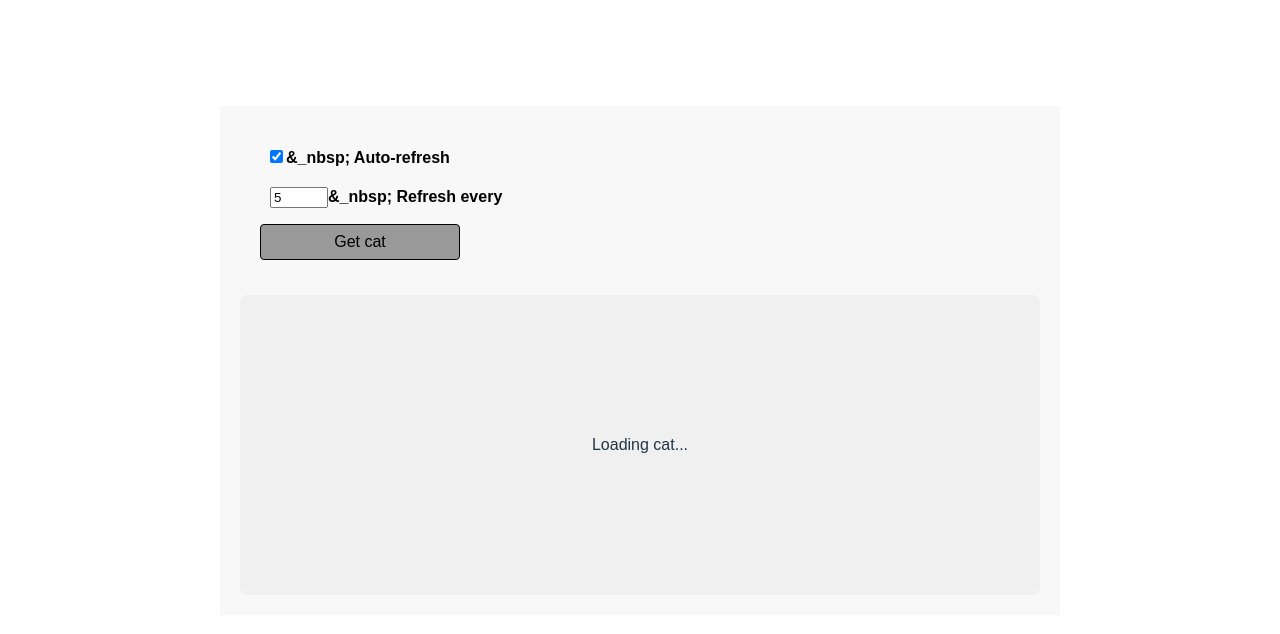
Repository: Pharaoh5/test-assignment5
Page: /
These files come from the project's save history. The page is drawn as it stood at one moment and after the next save; the edit follows.
The browser window is 1280 px wide. The pictures show the whole page.
The page's requests for data from a server got no answer. The project was rebuilt for these pictures with package versions that can differ from the ones it lists, and the page was loaded fresh each time. No one was signed in, and anything a server would have sent is missing. Also part of the build but not shown: vite.config.ts.

Above is the page before, as saved 2025-04-08 19:31:39.

### index.html
<!doctype html>
<html lang="en">
  <head>
    <meta charset="UTF-8" />
    <link rel="icon" type="image/svg+xml" href="/vite.svg" />
    <meta name="viewport" content="width=device-width, initial-scale=1.0" />
    <title>Vite + React + TS</title>
  </head>
  <body>
    <div id="root" style="width: 100%;"></div>
    <script type="module" src="/src/main.tsx"></script>
  </body>
</html>

### src/App.tsx
import { useState, useEffect } from 'react';
import styled from 'styled-components';
import CatImage from './components/CatImage';
import Controls from './components/Controls';

const AppContainer = styled.div`
  background-color: #f8f8f8;
  font-family: Arial, sans-serif;
  max-width: 800px;
  margin: 0 auto;
  padding: 20px;
  text-align: center;
`;

const App = () => {
  const [catImage, setCatImage] = useState(null);
  const [autoRefresh, setAutoRefresh] = useState(true);
  const [refreshInterval, setRefreshInterval] = useState(5);

  const fetchCat = async () => {
    try {
      const response = await fetch('https://api.thecatapi.com/v1/images/search');
      const data = await response.json();
      setCatImage(data[0].url);
    } catch (error) {
      console.error('Error fetching cat:', error);
    }
  };

  useEffect(() => {
    fetchCat();
  }, []);

  useEffect(() => {
    let intervalId: number;
    if (autoRefresh) {
      intervalId = setInterval(fetchCat, refreshInterval * 1000);
    }
    return () => {
      if (intervalId) clearInterval(intervalId);
    };
  }, [autoRefresh, refreshInterval]);

  return (
    <AppContainer>
      <Controls
      autoRefresh={autoRefresh}
      refreshInterval={refreshInterval}
      onToggleAutoRefresh={() => setAutoRefresh(!autoRefresh)}
      onRefreshIntervalChange={(e: React.ChangeEvent<HTMLInputElement>) => setRefreshInterval(Number(e.target.value))}
      onManualRefresh={fetchCat}
      />
      <CatImage imageUrl={catImage as string | null} />
    </AppContainer>
  );
};

export default App;

### src/components/CatImage.tsx
import styled from 'styled-components';

const ImageContainer = styled.div`
`;

const CatImg = styled.img`
  max-width: 100%;
  max-height: 500px;
  border-radius: 8px;
  box-shadow: 0 2px 4px rgba(0, 0, 0, 0.1);
`;

const Placeholder = styled.div`
  width: 100%;
  height: 300px;
  background-color: #f0f0f0;
  display: flex;
  align-items: center;
  justify-content: center;
  border-radius: 8px;
`;

interface CatImageProps {
    imageUrl?: string | null;
  }

const CatImage = ({ imageUrl }: CatImageProps) => {
  return (
    <ImageContainer>
      {imageUrl ? (
        <CatImg src={imageUrl} alt="Random cat" />
      ) : (
        <Placeholder>Loading cat...</Placeholder>
      )}
    </ImageContainer>
  );
};

export default CatImage;

### src/components/Controls.tsx
import styled from 'styled-components';

const ControlsContainer = styled.div`
  padding: 20px;
  border-radius: 8px;
  text-align: left;
`;

const ControlGroup = styled.div`
  margin-bottom: 15px;
  text-align: left;
  color: black;
`;

const Label = styled.label`
  margin-right: 10px;
  font-weight: bold;
  color: black;
`;

const Button = styled.button`
  width: 200px;
  padding: 8px 16px;
  background-color:rgb(153, 153, 153);
  color: black;
  border: none;
  border-radius: 4px;
  cursor: pointer;
  font-size: 16px;
  border: 1px solid black;

  &:hover {
    box-shadow: 4px 4px 8px 0px rgba(29, 29, 29, 0.2);
  }
`;

interface ControlsProps {
  autoRefresh: boolean;
  refreshInterval: number;
  onToggleAutoRefresh: (event: React.ChangeEvent<HTMLInputElement>) => void;
  onRefreshIntervalChange: (event: React.ChangeEvent<HTMLInputElement>) => void;
  onManualRefresh: () => void;
}

const Controls: React.FC<ControlsProps> = ({
  autoRefresh,
  refreshInterval,
  onToggleAutoRefresh,
  onRefreshIntervalChange,
  onManualRefresh
}) => {
  return (
    <ControlsContainer>
      <ControlGroup>
        <Label>
          <input
            type="checkbox"
            checked={autoRefresh}
            onChange={onToggleAutoRefresh}
            style={{ marginLeft: '10px' }}
          />
            &_nbsp; Auto-refresh
        </Label>
      </ControlGroup>

      {autoRefresh && (
        <ControlGroup>
          <Label>
            <input
              type="number"
              min="1"
              max="60"
              value={refreshInterval}
              onChange={onRefreshIntervalChange}
              style={{ marginLeft: '10px', width: '50px' }}
            />
            &_nbsp; Refresh every
          </Label>
        </ControlGroup>
      )}

      <ControlGroup>
        <Button onClick={onManualRefresh}>Get cat</Button>
      </ControlGroup>
    </ControlsContainer>
  );
};

export default Controls;

Loaded but not shown: src/main.tsx (common file); src/index.css (common file)

After the next save:
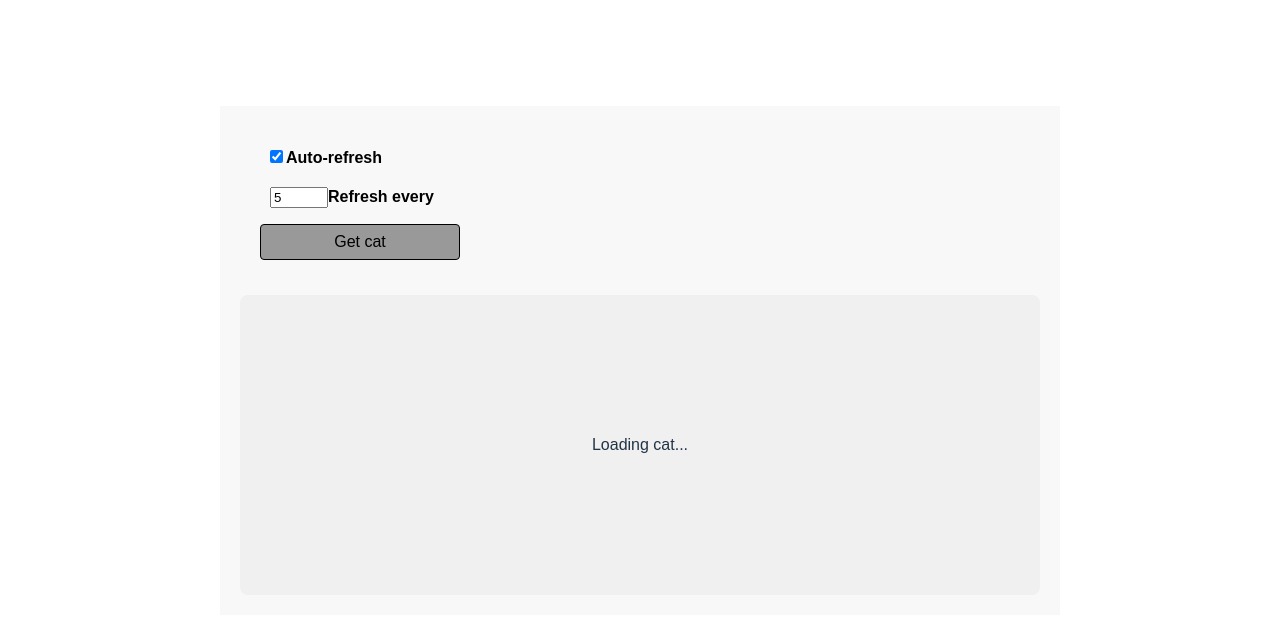
Saved 4 s later.
--- a/src/components/Controls.tsx
+++ b/src/components/Controls.tsx
@@ -59,7 +59,7 @@ const Controls: React.FC<ControlsProps> = ({
             onChange={onToggleAutoRefresh}
             style={{ marginLeft: '10px' }}
           />
-            &_nbsp; Auto-refresh
+            Auto-refresh
         </Label>
       </ControlGroup>
 
@@ -74,7 +74,7 @@ const Controls: React.FC<ControlsProps> = ({
               onChange={onRefreshIntervalChange}
               style={{ marginLeft: '10px', width: '50px' }}
             />
-            &_nbsp; Refresh every
+            Refresh every
           </Label>
         </ControlGroup>
       )}
